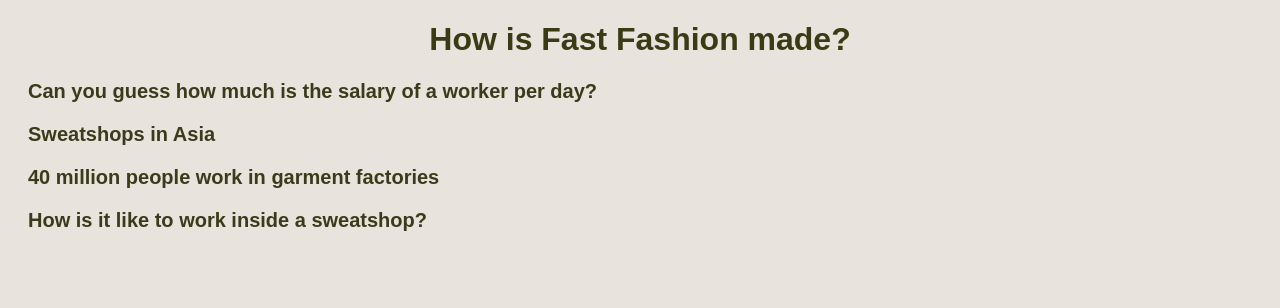
Repository: DevOfHockey/mdia-2190-midterm
Page: fashionlabor.html
An editor plug-in stored every save of this project. The page is shown before and after the next save, followed by the edit.
The browser window is 1280 px wide. The pictures show the whole page.

Above is the page before, as saved 2022-03-01 13:34:18.

### fashionlabor.html
<!DOCTYPE html>
<html>
  <head>
    <title>Fashion Labor</title>
    <script src="comps/header.js"></script>
    <script src="comps/subheading.js"></script>
    <script src="comps/infobox.js"></script>
  </head>
  <!-- CSS STYLESHEET -->
  <style>
    body {
        background-color: #e8e3dc;
        text-align: center;
        font-family: Arial, Helvetica, sans-serif;
    }
</style>

<!-- HTML -->
  <body>
    <the-header
      name="Sample Header">
    </the-header>
    <the-subheading
      name="Sample Sub-heading">
    </the-subheading>
    <the-info
      name="Can you guess how much is the salary of a worker per day?">
    </the-info>
    <the-info
      name="Sweatshops in Asia">
    </the-info>
    <the-info
      name="40 million people work in garment factories">
    </the-info>
    <the-info
      name="How is it like to work inside a sweatshop?">
    </the-info>
  </body>
</html>

### comps/header.js
var template_header = document.createElement("template"); //<template> </template> RULE

//To-do - CREATE THE UI HERE!
template_header.innerHTML = `
<div class = "header">
<h1> How is Fast Fashion made? </h1>
</div>
<style>
h1 {
    color: #393b14;
}
</style>
`;

//MUST HAVE - CREATE A CLASS WITH HTMLELEMENT POWERS (interfaces/functionalities)
class TheHeader extends HTMLElement {

    //MUST HAVE - CREATE A CONSTRUCTOR TO DO INITAL ASSOCIATIONS
    constructor(){
        super(); //pass on the HTMLElement super powers!
        this.attachShadow({mode:"open"}) //Attach it to the shadowRoot

        //To-do - CREATE THE STATES FOR THE UI HERE!
    }

    //MUST HAVE - FUNCTION THAT RUNS AFTER IT'S CONNECTED
    connectedCallback(){
        this.shadowRoot.appendChild(template_header.content.cloneNode(true)); //use the template to make a clone
    }

    //To-do - CREATE THE FUNCTIONALITIES HERE!
}

//MUST HAVE - define the tag for the custom elements
customElements.define("the-header", TheHeader)

### comps/infobox.js
//MUST HAVE - CREATE A TEMPLATE TAG
var template_info = document.createElement("template"); //<template> </template> RULE

//To-do - CREATE THE UI HERE!
template_info.innerHTML = `
<div class = "info_cont">
<h3>Info Title<h3>
</div>

<style>
h3 {
    font-size: 20px;
    font-weight: bold;
    color: #393B1A;
    text-align: left;
    margin: 20px;
}
`;

//MUST HAVE - CREATE A CLASS WITH HTMLELEMENT POWERS (interfaces/functionalities)
class TheInfo extends HTMLElement {

    //MUST HAVE - CREATE A CONSTRUCTOR TO DO INITAL ASSOCIATIONS
    constructor(){
        super(); //pass on the HTMLElement super powers!
        this.attachShadow({mode:"open"}) //Attach it to the shadowRoot

        //To-do - CREATE THE STATES FOR THE UI HERE!
    }

    //MUST HAVE - FUNCTION THAT RUNS AFTER IT'S CONNECTED
    connectedCallback(){
        this.shadowRoot.appendChild(template_info.content.cloneNode(true)); //use the template to make a clone
        console.log(this.getAttribute("name"))
        this.shadowRoot.querySelector(".info_cont > h3").innerText = this.getAttribute("name");
    }

    //To-do - CREATE THE FUNCTIONALITIES HERE!
}

//MUST HAVE - define the tag for the custom elements
customElements.define("the-info", TheInfo)

Loaded but not shown: comps/subheading.js (no copy from this time; the picture is the same without it)

After the next save:
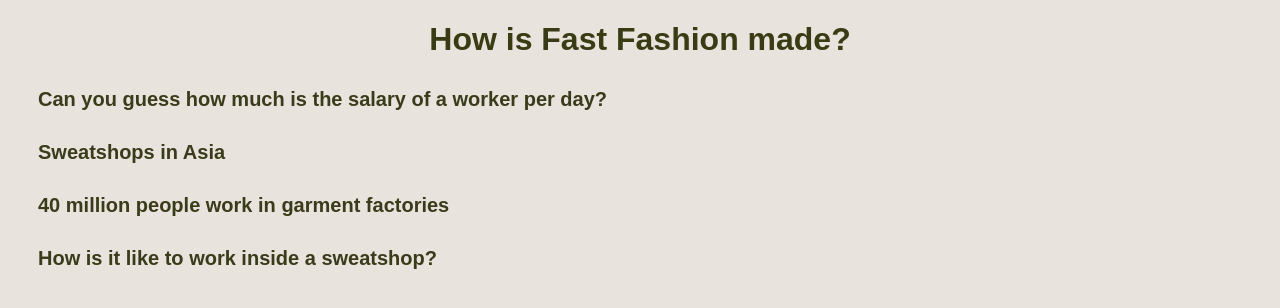
Saved 7 s later.
--- a/comps/infobox.js
+++ b/comps/infobox.js
@@ -13,7 +13,7 @@
     font-weight: bold;
     color: #393B1A;
     text-align: left;
-    margin: 20px;
+    margin: 30px;
 }
 `;
 

After the save that followed:
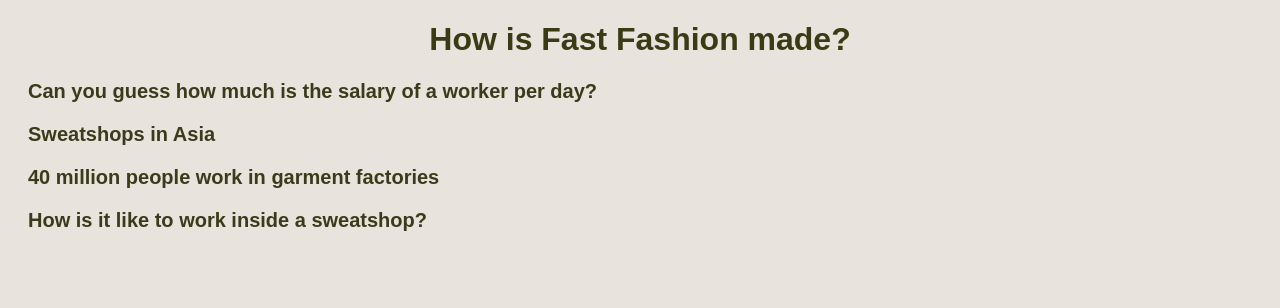
Saved 7 s later.
--- a/comps/infobox.js
+++ b/comps/infobox.js
@@ -13,7 +13,7 @@
     font-weight: bold;
     color: #393B1A;
     text-align: left;
-    margin: 30px;
+    margin: 20px;
 }
 `;
 
